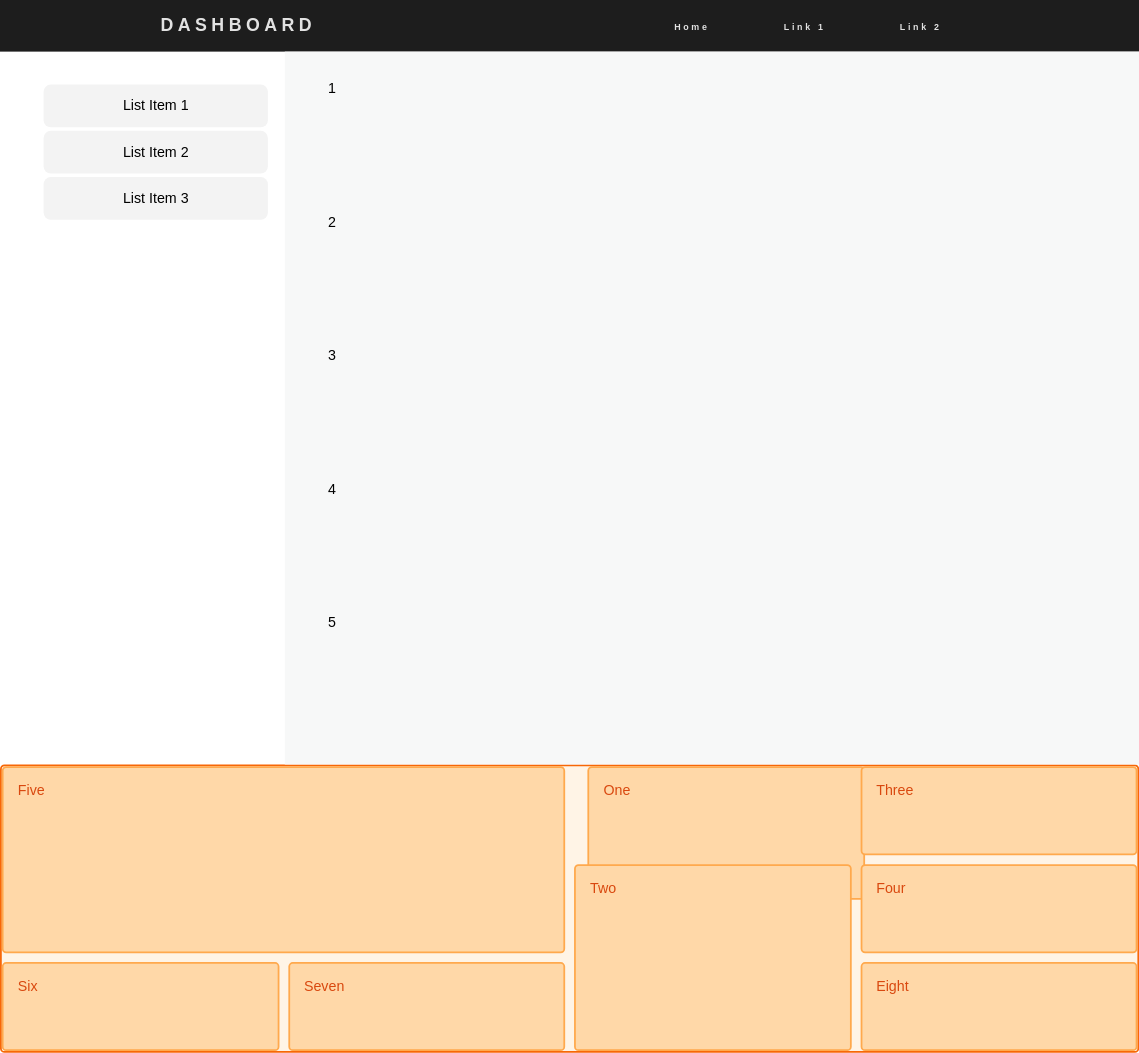
Repository: nourabdelhakam/drag-drop
Page: index.html
An editor plug-in stored every save of this project. The page is shown before and after the next save, followed by the edit.
The browser window is 1280 px wide. The pictures show the whole page, at 89% of full size.

Above is the page before, as saved 2020-07-03 11:02:19.

After the next save:
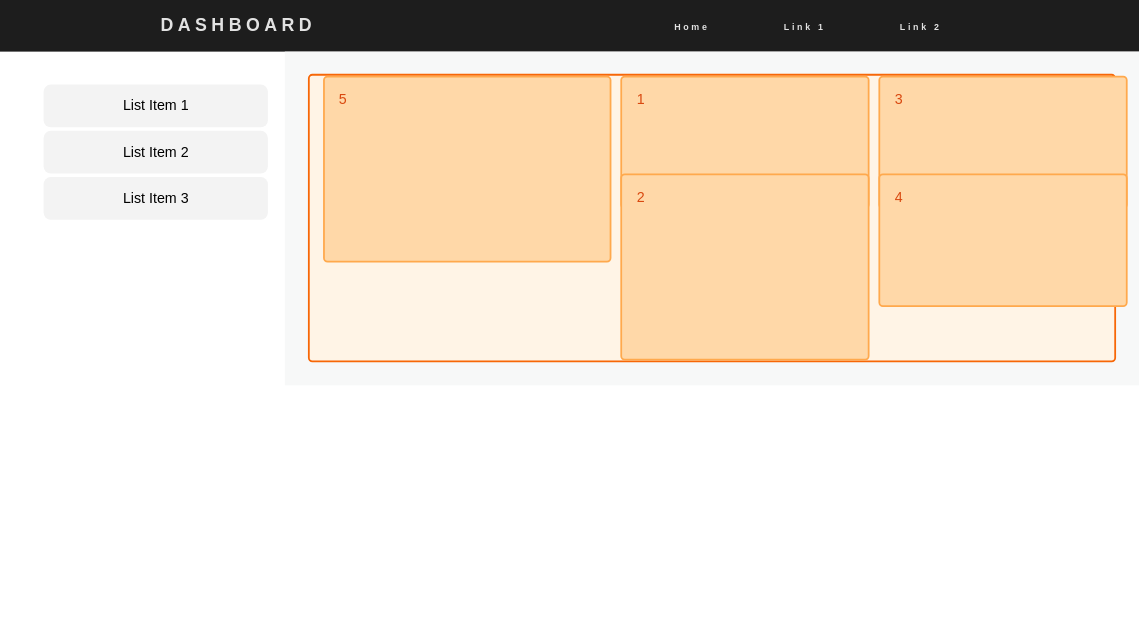
Saved 6 min 44 s later.
--- a/index.html
+++ b/index.html
@@ -37,7 +37,7 @@
                     </div>
                   </div>
                   <div class="right">
-                      <div class="container">
+                      <div class="wrapper">
                         <div class="list">1</div>
                         <div class="list">2</div>
                         <div class="list">3</div>
@@ -45,28 +45,7 @@
                         <div class="list">5</div>
                       </div>
                   </div>
-
-            <!-- <div class="lists">
-                <div class="list">
-                    <div class="list-item" draggable="true">List Item 1</div>
-                    <div class="list-item" draggable="true">List Item 2</div>
-                    <div class="list-item" draggable="true">List Item 3</div>
-                </div>
-                <div class="list"></div>
-                <div class="list"></div>
-            </div> -->
       </section>
-
-      <div class="wrapper">
-        <div class="list">One</div>
-        <div>Two</div>
-        <div>Three</div>
-        <div>Four</div>
-        <div>Five</div>
-        <div>Six</div>
-        <div>Seven</div>
-        <div>Eight</div>
-     </div>
 
     <script src="main.js" type="text/javascript"></script>
     <script src="nav/nav.js" type="text/javascript"></script>
--- a/css/main.css
+++ b/css/main.css
@@ -37,19 +37,8 @@ body {
     text-align: center;
     margin: 4px 0;
 }
-/* .container {
-    display: flex;
-    flex-flow: column;
-    width: 90vw;
-    height: 90vh;
-    border-top: 1px dashed gray;
-}
-.lists {
-    display: flex;
-    flex: 1;
-    width: 100%;
-    overflow: scroll;
-}
+/*
+
 .lists .list {
     display: flex;
     flex-flow: column;
@@ -66,14 +55,7 @@ body {
     padding: 8px;
     transition: all 0.2s linear;
 }
-
-.lists .list .list-item {
-    background-color: #F3F3F3;
-    border-radius: 8px;
-    padding: 15px 20px;
-    text-align: center;
-    margin: 4px 0;
-} */
+ */
 
 .wrapper {
     border: 2px solid #f76707;
@@ -97,7 +79,7 @@ body {
  .wrapper div:nth-child(2) {
    grid-column: 3;
    grid-row: 2 / 4;
- }
+}
  .wrapper div:nth-child(5) {
    grid-column: 1 / 3;
    grid-row: 1 / 3;
